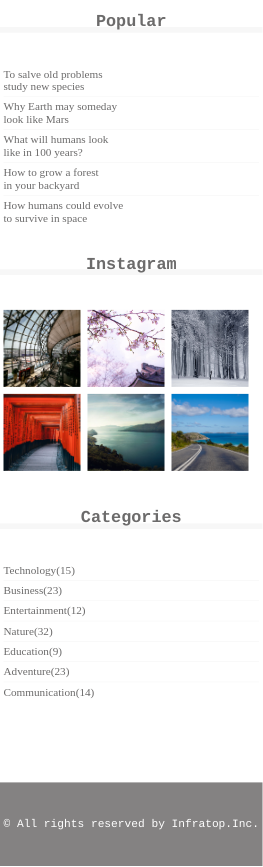
Repository: TACAMP/caravan
Page: caravan/index.html
The author's editor kept a record of every edit. The page is drawn from the files as they stood at one moment, then again after the next edit.
The browser window is 375 px wide. The pictures show the part of the page from y = 1794 to 4034 px (the page is 3032 px tall before and 4034 px after), at 70% of full size.
Some web libraries are served in a nearby version.

Above is the page before.

After the next edit:
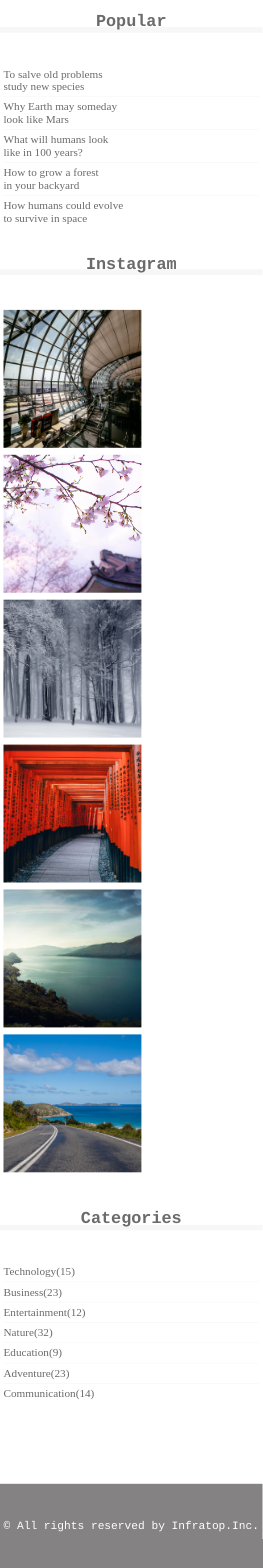
The edit:
--- a/caravan/style.css
+++ b/caravan/style.css
@@ -277,7 +277,7 @@
 }
 
 .instagram-box{
-  width:110px;
-  height:110px;
+  width:197px;
+  height:197px;
   margin:0 10px 10px 0;
 }
